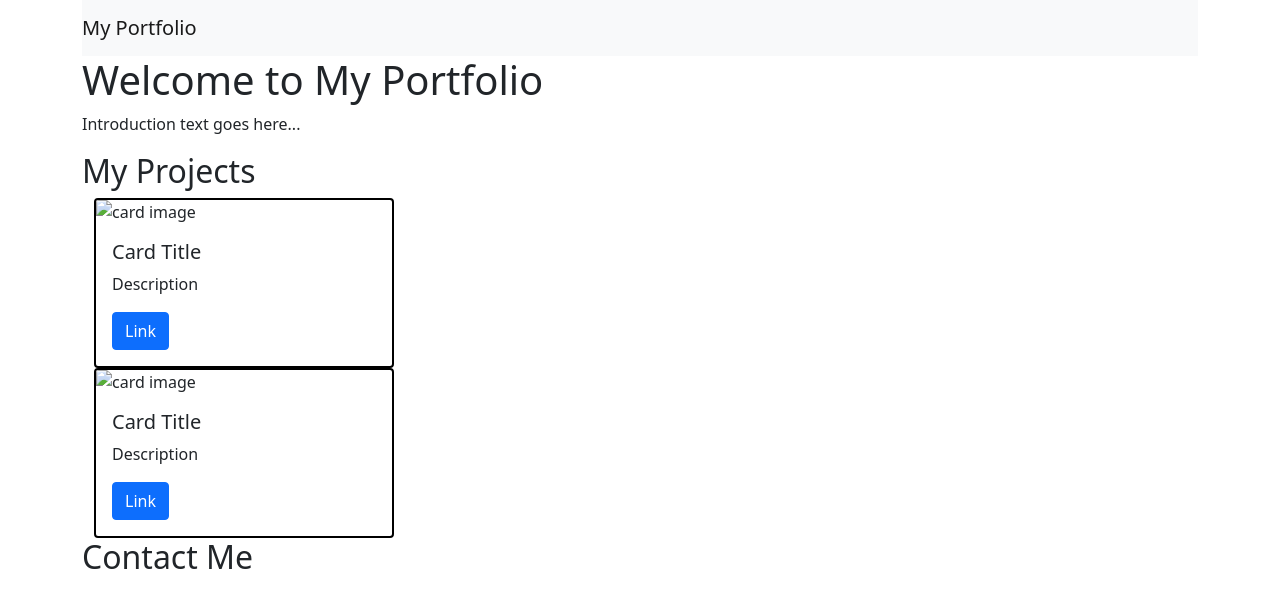
Repository: ChaidGPT/Portfolio
Page: index.html
An editor plug-in stored every save of this project. The page is shown before and after the next save, followed by the edit.
The browser window is 1280 px wide. The pictures show the whole page.

Above is the page before, as saved 2023-06-18 07:38:08.

After the next save:
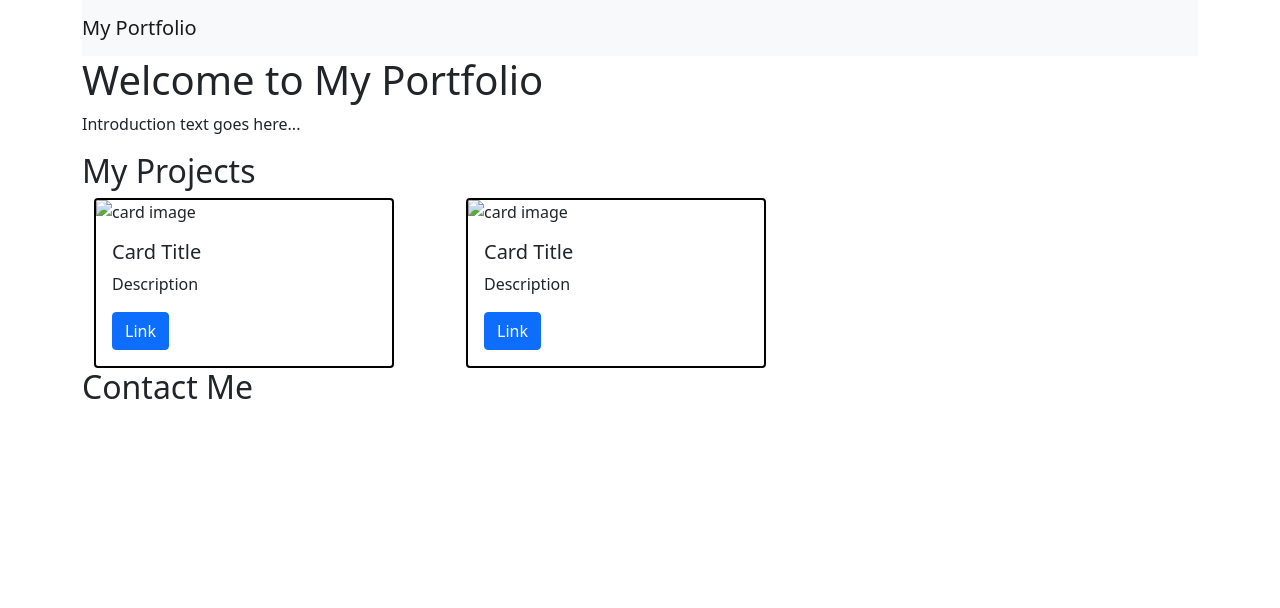
Saved 89 s later.
--- a/index.html
+++ b/index.html
@@ -25,33 +25,34 @@
             </section>
 
             <!-- Projects section -->
-        <section>
-            <h2>My Projects</h2>
-            <div class="container">
-                <div class="row">
-                <div class="col">
-                <div class="card">
-                    <img src="" class="card-img-top" alt="card image">
-                    <div class="card-body">
-                        <h5 class="card-title">Card Title</h5>
-                        <p class="card-text">Description</p>
-                        <a href="#" class="btn btn-primary">Link</a>
+            <section>
+                <h2>My Projects</h2>
+                <div class="container">
+                    <div class="row">
+                        <div class="col-sm-6 col-md-4">
+                            <div class="card">
+                                <img src="" class="card-img-top" alt="card image">
+                                <div class="card-body">
+                                    <h5 class="card-title">Card Title</h5>
+                                    <p class="card-text">Description</p>
+                                    <a href="#" class="btn btn-primary">Link</a>
+                                </div>
+                            </div>
+                        </div>
+                        <div class="col-sm-6 col-md-4">
+                            <div class="card">
+                                <img src="" class="card-img-top" alt="card image">
+                                <div class="card-body">
+                                    <h5 class="card-title">Card Title</h5>
+                                    <p class="card-text">Description</p>
+                                    <a href="#" class="btn btn-primary">Link</a>
+                                </div>
+                            </div>
+                        </div>
+                        <!-- Add more col classes for additional cards -->
                     </div>
                 </div>
-                <div class="col">
-                <div class="card">
-                    <img src="" class="card-img-top" alt="card image">
-                    <div class="card-body">
-                        <h5 class="card-title">Card Title</h5>
-                        <p class="card-text">Description</p>
-                        <a href="#" class="btn btn-primary">Link</a>
-                    </div>
-                </div>
-                </div>
-            </div>
-        </div>
-            </div>
-        </section>
+            </section>
 
             <!-- Contact section -->
             <section>
